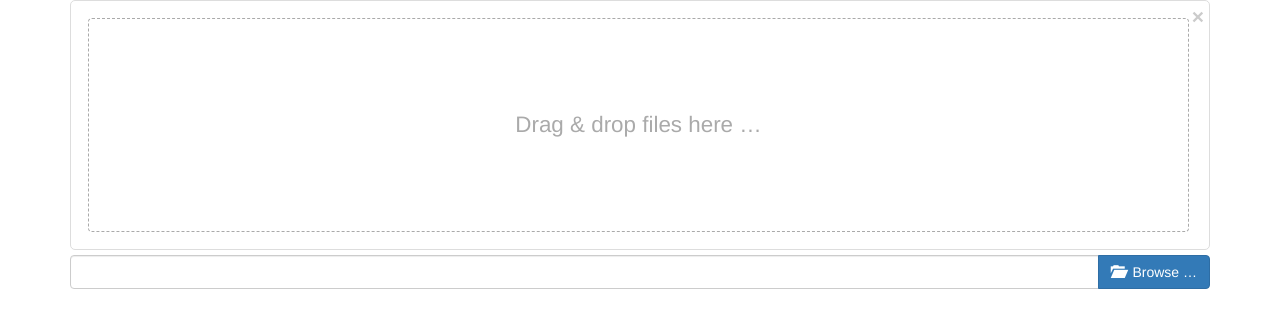
Repository: NeeleshPoojari/Project-2
Page: frontend_project2/WebContent/views/profilepicture.html
The author's editor kept a copy of each file at every save. The page is drawn from the files as they stood at one save, then again after the next save.
The browser window is 1280 px wide. The pictures show the whole page.
Some web libraries are served in a nearby version.

Above is the page before, as saved 2017-07-17 07:42:37.
Console error (its wording comes from the project's code and is left out).

### frontend_project2/WebContent/views/profilepicture.html
<!DOCTYPE html>
<html>
<head>
<meta charset="ISO-8859-1">
<link
	href="https://maxcdn.bootstrapcdn.com/bootstrap/3.3.7/css/bootstrap.min.css"
	rel="stylesheet">
<script
	src="https://maxcdn.bootstrapcdn.com/bootstrap/3.3.7/js/bootstrap.min.js"
	type="text/javascript"></script>
<script
	src="http://ajax.googleapis.com/ajax/libs/jquery/2.1.1/jquery.min.js"></script>
<script src="https://code.jquery.com/jquery-2.2.1.min.js"></script>

<link href="css/fileinput.css" media="all" rel="stylesheet"
	type="text/css" />

<link href="themes/explorer/theme.css" media="all" rel="stylesheet"
	type="text/css" />


<script src="js/plugins/sortable.js" type="text/javascript"></script>
<script src="js/fileinput.js" type="text/javascript"></script>
<script src="themes/explorer/theme.js" type="text/javascript"></script>
<script
	src="http://ajax.googleapis.com/ajax/libs/jquery/2.1.1/jquery.min.js"></script>

<link
	href="https://maxcdn.bootstrapcdn.com/bootstrap/3.3.7/css/bootstrap.min.css"
	rel="stylesheet">

<script
	src="https://maxcdn.bootstrapcdn.com/bootstrap/3.3.7/js/bootstrap.min.js"
	type="text/javascript"></script>
<link
	href="https://maxcdn.bootstrapcdn.com/font-awesome/4.6.1/css/font-awesome.min.css"
	rel="stylesheet" />

<title>Insert title here</title>
</head>
<body>

    <!--  <h2 align="center" style="margin-top: 80px;">Upload Picture</h2> -->

	<div class="container kv-main">
		<div class="form-group">
			<input class="file" type="file" name="image"
				data-preview-file-type="any"
				data-upload-url="http://localhost:8080/backend_project2/uploadprofilepic">
		</div>
	</div>

</body>
</html>

### frontend_project2/WebContent/css/fileinput.css
/*!
 * bootstrap-fileinput v4.4.0
 * http://plugins.krajee.com/file-input
 *
 * Krajee default styling for bootstrap-fileinput.
 *
 * Author: Kartik Visweswaran
 * Copyright: 2014 - 2017, Kartik Visweswaran, Krajee.com
 *
 * Licensed under the BSD 3-Clause
 * https://github.com/kartik-v/bootstrap-fileinput/blob/master/LICENSE.md
 */
.file-loading {
    top: 0;
    right: 0;
    width: 25px;
    height: 25px;
    font-size: 999px;
    text-align: right;
    color: #fff;
    background: transparent url('../img/loading.gif') top left no-repeat;
    border: none;
}

.file-object {
    margin: 0 0 -5px 0;
    padding: 0;
}

.btn-file {
    position: relative;
    overflow: hidden;
}

.btn-file input[type=file] {
    position: absolute;
    top: 0;
    right: 0;
    min-width: 100%;
    min-height: 100%;
    text-align: right;
    opacity: 0;
    background: none repeat scroll 0 0 transparent;
    cursor: inherit;
    display: block;
}

.file-caption-name {
    display: inline-block;
    overflow: hidden;
    height: 20px;
    word-break: break-all;
}

.input-group-lg .file-caption-name {
    height: 25px;
}

.file-zoom-dialog {
    text-align: left;
}

.file-error-message {
    color: #a94442;
    background-color: #f2dede;
    margin: 5px;
    border: 1px solid #ebccd1;
    border-radius: 4px;
    padding: 15px;
}

.file-error-message pre, .file-error-message ul {
    margin: 0;
    text-align: left;
}

.file-error-message pre {
    margin: 5px 0;
}

.file-caption-disabled {
    background-color: #EEEEEE;
    cursor: not-allowed;
    opacity: 1;
}

.file-preview {
    border-radius: 5px;
    border: 1px solid #ddd;
    padding: 5px;
    width: 100%;
    margin-bottom: 5px;
}

.krajee-default.file-preview-frame {
    position: relative;
    display: table;
    margin: 8px;
    border: 1px solid #ddd;
    box-shadow: 1px 1px 5px 0 #a2958a;
    padding: 6px;
    float: left;
    text-align: center;
}

.krajee-default.file-preview-frame:not(.file-preview-error):hover {
    box-shadow: 3px 3px 5px 0 #333;
}

.krajee-default.file-preview-frame .kv-file-content {
    height: 170px;
}

.krajee-default.file-preview-frame .file-thumbnail-footer {
    height: 70px;
}

.krajee-default .file-preview-image {
    vertical-align: middle;
    image-orientation: from-image;
}

.krajee-default .file-preview-text {
    display: block;
    color: #428bca;
    border: 1px solid #ddd;
    font-family: Menlo, Monaco, Consolas, "Courier New", monospace;
    outline: none;
    padding: 8px;
    resize: none;
}

.krajee-default .file-preview-html {
    border: 1px solid #ddd;
    padding: 8px;
    overflow: auto;
}

.krajee-default[data-template="audio"] .file-preview-audio {
    display: table-cell;
    vertical-align: middle;
    height: 170px;
    border: 1px solid #ddd;
    border-radius: 5px;
}

.krajee-default .file-preview-audio audio {
    vertical-align: middle;
}

.krajee-default .file-zoom-dialog .file-preview-text {
    font-size: 1.2em;
}

.krajee-default .file-preview-other {
    left: 0;
    top: 0;
    right: 0;
    bottom: 0;
    margin: auto;
    text-align: center;
    vertical-align: middle;
    padding: 10px;
}

.krajee-default .file-preview-other:hover {
    opacity: 0.8;
}

.krajee-default .file-actions, .krajee-default .file-other-error {
    text-align: left;
}

.krajee-default .file-other-icon {
    font-size: 8em;
}

.krajee-default .file-actions {
    margin-top: 15px;
}

.krajee-default .file-footer-buttons {
    float: right;
}

.krajee-default .file-footer-caption {
    display: block;
    white-space: nowrap;
    overflow: hidden;
    text-overflow: ellipsis;
    width: 160px;
    text-align: center;
    padding-top: 4px;
    font-size: 11px;
    color: #777;
    margin: 5px auto;
}

.krajee-default .file-preview-error {
    opacity: 0.65;
    box-shadow: none;
}

.krajee-default .file-preview-frame:not(.file-preview-error) .file-footer-caption:hover {
    color: #000;
}

.krajee-default .file-drag-handle, .krajee-default .file-upload-indicator {
    position: absolute;
    text-align: center;
    bottom: -6px;
    left: -6px;
    padding: 8px 8px 1px 3px;
    border-left: none;
    border-bottom: none;
    border-right: 1px solid #8a6d3b;
    border-top: 1px solid #8a6d3b;
    border-top-right-radius: 24px;
    font-size: 12px;
}

.krajee-default .file-drag-handle {
    background-color: #d9edf7;
    border-color: #bce8f1;
}

.krajee-default .file-upload-indicator {
    font-size: 13px;
    background-color: #fcf8e3;
    border-color: #faebcc;
    padding-bottom: 0;
}

.krajee-default.file-preview-error .file-upload-indicator {
    background-color: #f2dede;
    border-color: #ebccd1;
}

.krajee-default.file-preview-success .file-upload-indicator {
    background-color: #dff0d8;
    border-color: #d6e9c6;
}

.krajee-default.file-preview-loading .file-upload-indicator {
    background-color: #e5e5e5;
    border-color: #777;
}

.krajee-default .file-thumb-progress {
    height: 10px;
}

.krajee-default .file-thumb-progress .progress, .krajee-default .file-thumb-progress .progress-bar {
    height: 10px;
    font-size: 9px;
    line-height: 10px;
}

.krajee-default .file-thumbnail-footer {
    position: relative;
}

.krajee-default .file-thumb-progress {
    position: absolute;
    top: 35px;
    left: 0;
    right: 0;
}

.krajee-default.kvsortable-ghost {
    background: #e1edf7;
    border: 2px solid #a1abff;
}

/* noinspection CssOverwrittenProperties */
.file-zoom-dialog .file-other-icon {
    font-size: 22em;
    font-size: 50vmin;
}

.file-input-new .file-preview, .file-input-new .close, .file-input-new .glyphicon-file,
.file-input-new .fileinput-remove-button, .file-input-new .fileinput-upload-button,
.file-input-ajax-new .fileinput-remove-button, .file-input-ajax-new .fileinput-upload-button {
    display: none;
}

.file-caption-main {
    width: 100%;
}

.file-input-ajax-new .no-browse .input-group-btn,
.file-input-new .no-browse .input-group-btn {
    display: none;
}

.file-input-ajax-new .no-browse .form-control,
.file-input-new .no-browse .form-control {
    border-top-right-radius: 4px;
    border-bottom-right-radius: 4px;
}

.file-thumb-loading {
    background: transparent url('../img/loading.gif') no-repeat scroll center center content-box !important;
}

.file-sortable .file-drag-handle {
    cursor: move;
    cursor: -webkit-grabbing;
    opacity: 1;
}

.file-sortable .file-drag-handle:hover {
    opacity: 0.7;
}

.file-drop-zone {
    border: 1px dashed #aaa;
    border-radius: 4px;
    height: 100%;
    text-align: center;
    vertical-align: middle;
    margin: 12px 15px 12px 12px;
    padding: 5px;
}

.file-drop-zone-title {
    color: #aaa;
    font-size: 1.6em;
    padding: 85px 10px;
    cursor: default;
}

.file-preview .clickable,
.clickable .file-drop-zone-title {
    cursor: pointer;
}

.file-drop-zone.clickable:hover {
    border: 2px dashed #999;
}

.file-drop-zone.clickable:focus {
    border: 2px solid #5acde2;
}

.file-drop-zone .file-preview-thumbnails {
    cursor: default;
}

.file-highlighted {
    border: 2px dashed #999 !important;
    background-color: #f0f0f0;
}

.file-uploading {
    background: url('../img/loading-sm.gif') no-repeat center bottom 10px;
    opacity: 0.65;
}

.file-zoom-fullscreen.modal {
    position: fixed;
    top: 0;
    right: 0;
    bottom: 0;
    left: 0;
}

.file-zoom-fullscreen .modal-dialog {
    position: fixed;
    margin: 0;
    width: 100%;
    height: 100%;
    padding: 0;
}

.file-zoom-fullscreen .modal-content {
    border-radius: 0;
    box-shadow: none;
}

.file-zoom-fullscreen .modal-body {
    overflow-y: auto;
}

.file-zoom-dialog .modal-body {
    position: relative !important;
}

.file-zoom-dialog .btn-navigate {
    position: absolute;
    padding: 0;
    margin: 0;
    background: transparent;
    text-decoration: none;
    outline: none;
    opacity: 0.7;
    top: 45%;
    font-size: 4em;
    color: #1c94c4;
}

.file-zoom-dialog .floating-buttons {
    position: absolute;
    top: 5px;
    right: 10px;
}

.floating-buttons, .floating-buttons .btn {
    z-index: 3000;
}

.file-zoom-dialog .kv-zoom-actions .btn,
.floating-buttons .btn {
    margin-left: 3px;
}

.file-zoom-dialog .btn-navigate:not([disabled]):hover,
.file-zoom-dialog .btn-navigate:not([disabled]):focus {
    outline: none;
    box-shadow: none;
    opacity: 0.5;
}

.file-zoom-dialog .btn-navigate[disabled] {
    opacity: 0.3;
}

.file-zoom-dialog .btn-prev {
    left: 1px;
}

.file-zoom-dialog .btn-next {
    right: 1px;
}

.file-zoom-content {
    height: 480px;
    text-align: center;
}

.file-zoom-content .file-preview-image,
.file-zoom-content .file-preview-video {
    max-height: 100%
}

.file-zoom-content > .file-object.type-image {
    width: auto;
    height: auto;
    min-height: inherit;
    max-width: 100%;
    max-height: 100%;
}

.file-zoom-content > .file-object.type-video,
.file-zoom-content > .file-object.type-flash {
    width: auto;
    height: 100%;
    max-width: 100%;
    max-height: 100%;
}

.file-zoom-content > .file-object.type-audio {
    width: auto;
    height: 30px;
}

.file-zoom-content > .file-object.type-pdf,
.file-zoom-content > .file-object.type-html,
.file-zoom-content > .file-object.type-text,
.file-zoom-content > .file-object.type-default {
    width: 100%;
}

.file-preview-initial.sortable-chosen {
    background-color: #d9edf7;
}

/* IE 10 fix */
.btn-file ::-ms-browse {
    width: 100%;
    height: 100%;
}

### frontend_project2/WebContent/themes/explorer/theme.css
/*!
 * bootstrap-fileinput v4.4.0
 * http://plugins.krajee.com/file-input
 *
 * Krajee Explorer theme style for bootstrap-fileinput. Load this theme file after loading `fileinput.css`.
 *
 * Author: Kartik Visweswaran
 * Copyright: 2014 - 2017, Kartik Visweswaran, Krajee.com
 *
 * Licensed under the BSD 3-Clause
 * https://github.com/kartik-v/bootstrap-fileinput/blob/master/LICENSE.md
 */
.theme-explorer .file-preview .table {
    margin: 0;
}

.theme-explorer .explorer-frame td {
    vertical-align: middle;
    text-align: left;
}

.explorer-frame .file-preview-text {
    display: inline-block;
    color: #428bca;
    border: 1px solid #ddd;
    font-family: Menlo, Monaco, Consolas, "Courier New", monospace;
    outline: none;
    padding: 8px;
    resize: none;
}

.explorer-frame .file-preview-html {
    display: inline-block;
    border: 1px solid #ddd;
    padding: 8px;
    overflow: auto;
}

.explorer-frame .file-preview-other {
    text-align: center;
}

.explorer-frame .file-other-icon {
    font-size: 4.2em;
}

.theme-explorer .explorer-frame .kv-file-content {
    width: 80px;
    height: 80px;
    padding: 5px;
    text-align: center;
}

.theme-explorer .file-actions-cell {
    width: 100px;
    padding: 0;
}

.theme-explorer .file-thumb-progress .progress {
    display: block;
    margin-top: 5px;
}

.theme-explorer .file-thumb-progress .progress, .theme-explorer .file-thumb-progress .progress-bar {
    height: 13px;
    font-size: 11px;
    line-height: 13px;
}

.theme-explorer .file-actions-cell {
    position: relative;
}

.theme-explorer .file-upload-indicator, .theme-explorer .file-drag-handle {
    position: absolute;
    text-align: center;
    top: 0;
    right: 0;
    padding-left: 5px;
    padding-right: 2px;
    border-right: none;
    border-top: none;
    border-left: 1px solid #8a6d3b;
    border-bottom: 1px solid #8a6d3b;
    border-bottom-left-radius: 11px;
    font-size: 12px;
}

.theme-explorer .explorer-caption {
    display: block;
    color: #777;
}

.theme-explorer .file-actions {
    text-align: center;
}

.theme-explorer .kvsortable-ghost {
    opacity: 0.6;
    background: #e1edf7;
    border: 2px solid #a1abff;
}

@media only screen and (max-device-width: 500px) {
    .theme-explorer .file-upload-indicator, .theme-explorer .file-drag-handle {
        border-radius: 0;
        border: 1px solid #8a6d3b;
        margin-bottom: 5px;
    }

    .theme-explorer .explorer-caption {
        display: block;
        white-space: nowrap;
        overflow: hidden;
        text-overflow: ellipsis;
        width: 160px;
        text-align: left;
        color: #777;
    }
}

.theme-explorer .file-upload-indicator {
    font-size: 13px;
    padding-left: 6px;
    background-color: #fcf8e3;
    border-color: #faebcc;
}

.theme-explorer .file-drag-handle {
    right: -2px;
    background-color: #d9edf7;
    border-color: #bce8f1;
}

.theme-explorer .file-preview-error .file-upload-indicator {
    background-color: #f2dede;
    border-color: #ebccd1;
}

.theme-explorer .file-preview-success .file-upload-indicator {
    background-color: #dff0d8;
    border-color: #d6e9c6;
}

.theme-explorer .file-preview-loading .file-upload-indicator {
    background-color: #e5e5e5;
    border-color: #777;
}

### frontend_project2/WebContent/themes/explorer/theme.js
/*!
 * bootstrap-fileinput v4.4.0
 * http://plugins.krajee.com/file-input
 *
 * Krajee Explorer theme configuration for bootstrap-fileinput. Load this theme file after loading `fileinput.js`.
 *
 * Author: Kartik Visweswaran
 * Copyright: 2014 - 2017, Kartik Visweswaran, Krajee.com
 *
 * Licensed under the BSD 3-Clause
 * https://github.com/kartik-v/bootstrap-fileinput/blob/master/LICENSE.md
 */
(function ($) {
    "use strict";
    var teTagBef = '<tr class="file-preview-frame {frameClass}" id="{previewId}" data-fileindex="{fileindex}"' +
        ' data-template="{template}"', teContent = '<td class="kv-file-content">\n';
    $.fn.fileinputThemes.explorer = {
        layoutTemplates: {
            preview: '<div class="file-preview {class}">\n' +
            '    {close}' +
            '    <div class="{dropClass}">\n' +
            '    <table class="table table-bordered table-hover"><tbody class="file-preview-thumbnails">\n' +
            '    </tbody></table>\n' +
            '    <div class="clearfix"></div>' +
            '    <div class="file-preview-status text-center text-success"></div>\n' +
            '    <div class="kv-fileinput-error"></div>\n' +
            '    </div>\n' +
            '</div>',
            footer: '<td class="file-details-cell"><div class="explorer-caption" title="{caption}">{caption}</div> ' +
            '{size}{progress}</td><td class="file-actions-cell">{actions}</td>',
            actions: '<div class="file-upload-indicator" title="{indicatorTitle}">{indicator}</div>\n' +
            '{drag}\n' +
            '<div class="file-actions">\n' +
            '    <div class="file-footer-buttons">\n' +
            '        {upload} {delete} {zoom} {other} ' +
            '    </div>\n' +
            '</div>',
            zoomCache: '<tr style="display:none" class="kv-zoom-cache-theme"><td>' +
            '<table class="kv-zoom-cache">{zoomContent}</table></td></tr>'
        },
        previewMarkupTags: {
            tagBefore1: teTagBef + '>' + teContent,
            tagBefore2: teTagBef + ' title="{caption}" style="width:{width};height:{height};">' + teContent,
            tagAfter: '</td>\n{footer}</tr>\n'
        },
        previewSettings: {
            image: {height: "60px"},
            html: {width: "100px", height: "60px"},
            text: {width: "100px", height: "60px"},
            video: {width: "auto", height: "60px"},
            audio: {width: "auto", height: "60px"},
            flash: {width: "100%", height: "60px"},
            object: {width: "100%", height: "60px"},
            pdf: {width: "100px", height: "60px"},
            other: {width: "100%", height: "60px"}
        },
        frameClass: 'explorer-frame'
    };
})(window.jQuery);

Loaded but not shown: frontend_project2/WebContent/js/plugins/sortable.js (library); frontend_project2/WebContent/js/fileinput.js (library)

After the next save:
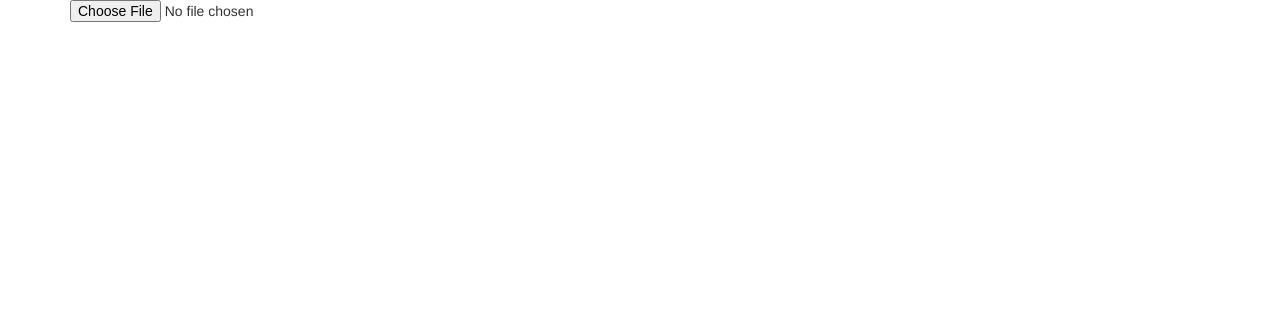
Console error: ReferenceError: jQuery is not defined
Saved 93 min 8 s later.
--- a/frontend_project2/WebContent/views/profilepicture.html
+++ b/frontend_project2/WebContent/views/profilepicture.html
@@ -1,4 +1,4 @@
-<!DOCTYPE html>
+<!-- <!DOCTYPE html>
 <html>
 <head>
 <meta charset="ISO-8859-1">
@@ -10,8 +10,8 @@
 	type="text/javascript"></script>
 <script
 	src="http://ajax.googleapis.com/ajax/libs/jquery/2.1.1/jquery.min.js"></script>
-<script src="https://code.jquery.com/jquery-2.2.1.min.js"></script>
-
+<script src="https://code.jquery.com/jquery-2.2.1.min.js"></script> -->
+<head>
 <link href="css/fileinput.css" media="all" rel="stylesheet"
 	type="text/css" />
 
